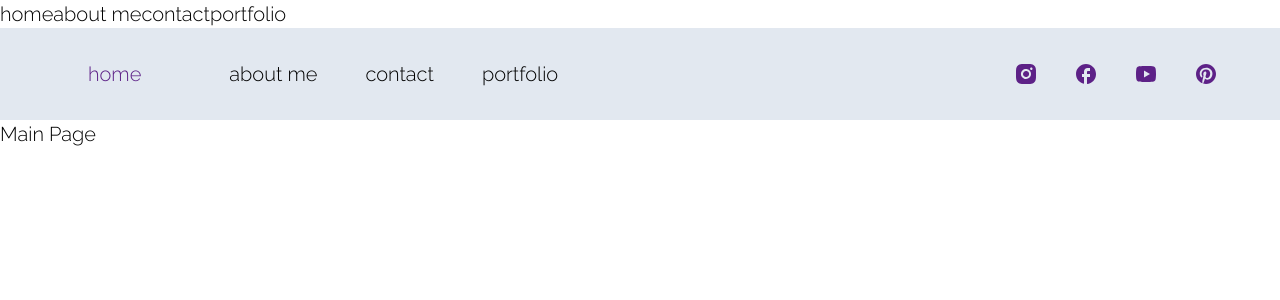
Repository: hubertrh/klaudia-personal-next
Page: /
The author's editor kept a copy of each file at every save. The page is drawn from the files as they stood at one save, then again after the next save.
The browser window is 1280 px wide. The pictures show the whole page.
The project was rebuilt for these pictures with package versions that can differ from the ones it lists, and the page was loaded fresh each time. The framework's server and built-in components were replaced by stand-ins that run in the browser. Also part of the build but not shown: next.config.js.

Above is the page before, as saved 2023-08-11 18:05:13.

### app/layout.tsx
import './globals.css';
import type { Metadata } from 'next';
import { Inter } from 'next/font/google';
import Link from 'next/link';

const inter = Inter({ subsets: ['latin'] });

export const metadata: Metadata = {
  title: 'Klaudia Rogala-Haracz',
  description: 'Portrait and reportage photography. Based in London.',
};

export default function RootLayout({
  children,
}: {
  children: React.ReactNode;
}) {
  return (
    <html lang="en">
      <body className={inter.className}>
        <header>
          <nav>
            <Link href="#!">home</Link>
            <Link href="#!">about me</Link>
            <Link href="#!">contact</Link>
            <Link href="#!">portfolio</Link>
          </nav>
          <div></div>
        </header>
        {children}
      </body>
    </html>
  );
}

### app/(site)/layout.tsx
import '../globals.css';
import type { Metadata } from 'next';
import { Raleway } from 'next/font/google';
import Image from 'next/image';
import Link from 'next/link';
import igIcon from '@/public/icons/ig-icon.svg';
import fbIcon from '@/public/icons/fb-icon.svg';
import ytIcon from '@/public/icons/yt-icon.svg';
import pinIcon from '@/public/icons/pin-icon.svg';

const raleway = Raleway({ weight: '300', subsets: ['latin'] });

export const metadata: Metadata = {
  title: 'Klaudia Rogala-Haracz',
  description: 'Portrait and reportage photography. Based in London.',
};

export default function RootLayout({
  children,
}: {
  children: React.ReactNode;
}) {
  return (
    <html lang="en">
      <body className={`${raleway.className} text-xl`}>
        <header className="flex justify-between bg-slate-200 px-16 py-8">
          <nav className="nav">
            <Link className="!ml-0 !mr-10 text-primary" href="/">
              home
            </Link>
            <Link href="#!">about me</Link>
            <Link href="#!">contact</Link>
            <Link href="/portfolio">portfolio</Link>
          </nav>
          <div className="social-icons flex items-center">
            <Link href="https://www.instagram.com/_klaudiarogala/">
              <Image src={igIcon} alt="Instagram icon" />
            </Link>
            <Link href="https://www.facebook.com/klaudiarogalaphotographer/">
              <Image src={fbIcon} alt="Facebook icon" />
            </Link>
            <Link href="https://www.youtube.com/channel/UCyVfMWp16X_wYCG9213YOQw/">
              <Image src={ytIcon} alt="YouTube icon" />
            </Link>
            <Link href="https://www.pinterest.com/zuzannnnaa/">
              <Image src={pinIcon} alt="Pinterest icon" />
            </Link>
            {/* <a class="lang-btn" href="/pl/index.html"><img src="/icons/flag-pl.svg" /></a> */}
          </div>
        </header>
        {children}
      </body>
    </html>
  );
}

### app/(site)/page.tsx
export default function Home() {
  return <div>Main Page</div>;
}

### app/globals.css
@tailwind base;
@tailwind components;
@tailwind utilities;

:root {
  --foreground-rgb: 0, 0, 0;
  --background-rgb: 255, 255, 255;
}

body {
  color: rgb(var(--foreground-rgb));
  background: rgb(var(--background-end-rgb));
}

.nav > * {
  @apply relative px-6 py-6 transition-all duration-300 before:absolute before:bottom-4 before:left-1/2 before:h-[1.5px] before:w-0 before:-translate-x-1/2 before:bg-primary before:transition-all before:duration-300 before:ease-out before:content-[''] hover:text-primary hover:before:w-full;
}

.social-icons > * {
  @apply pl-10;
}

### tailwind.config.js
/** @type {import('tailwindcss').Config} */
module.exports = {
  content: [
    './pages/**/*.{js,ts,jsx,tsx,mdx}',
    './components/**/*.{js,ts,jsx,tsx,mdx}',
    './app/**/*.{js,ts,jsx,tsx,mdx}',
  ],
  theme: {
    extend: {
      colors: {
        primary: '#5D2187',
      },
      backgroundImage: {
        'gradient-radial': 'radial-gradient(var(--tw-gradient-stops))',
        'gradient-conic':
          'conic-gradient(from 180deg at 50% 50%, var(--tw-gradient-stops))',
      },
    },
  },
  plugins: [],
};

After the next save:
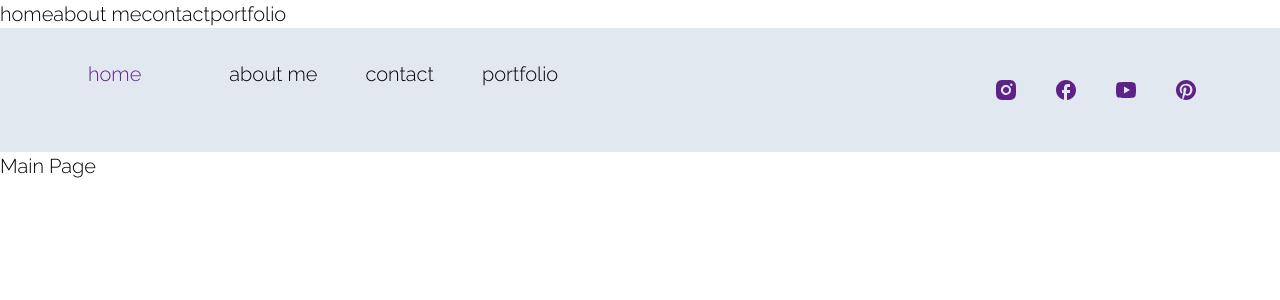
Saved 37 s later.
--- a/app/globals.css
+++ b/app/globals.css
@@ -17,5 +17,5 @@ body {
 }
 
 .social-icons > * {
-  @apply pl-10;
+  @apply p-5;
 }
